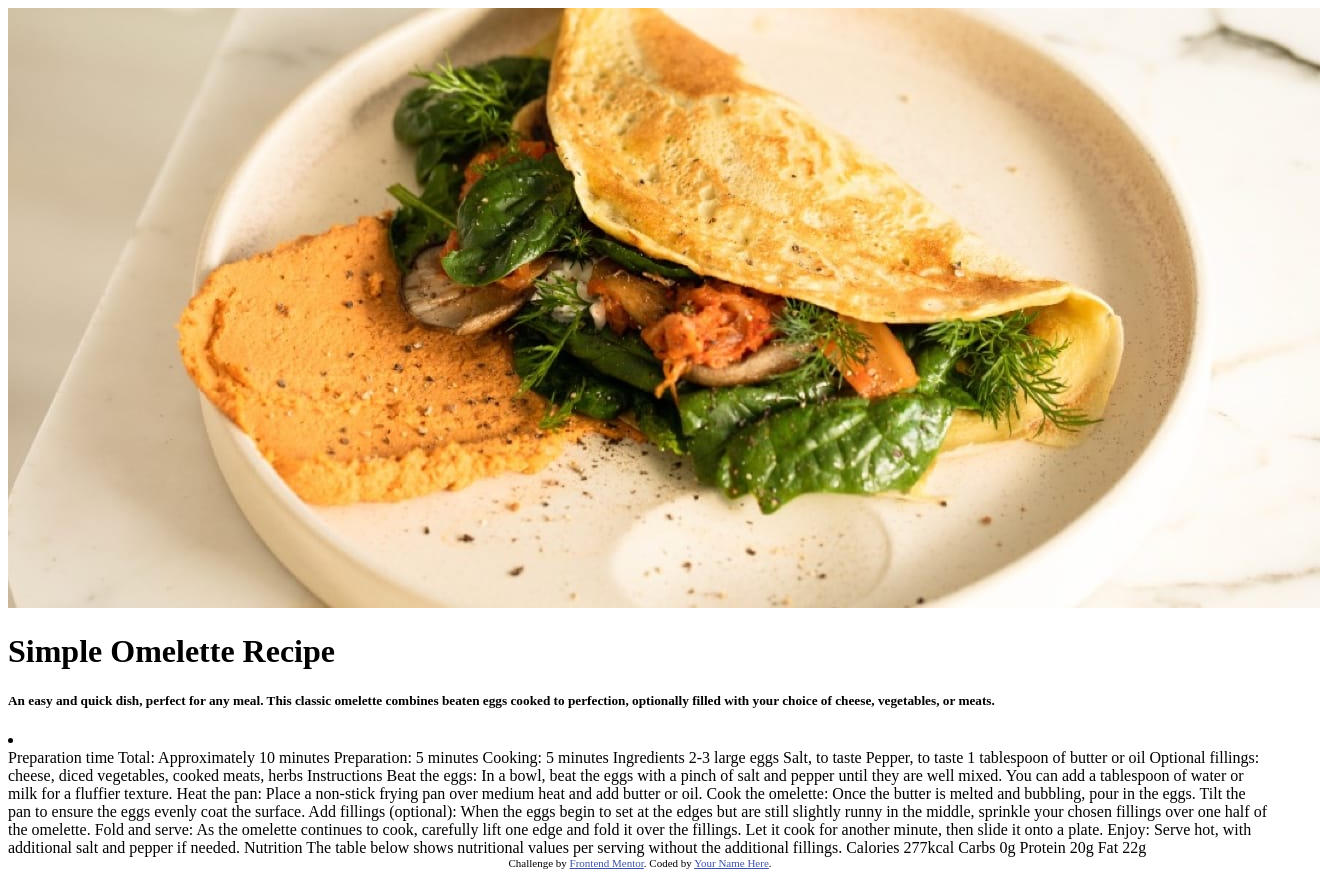
Repository: sodmaq/recipe-page-
Page: index.html
The author's editor kept a copy of each file at every save. The page is drawn from the files as they stood at one save, then again after the next save.
The browser window is 1280 px wide. The page is 1320 px wide, so the pictures cover 1320 px, including what lies to the right of the window. The pictures show the whole page.

Above is the page before, as saved 2024-09-07 12:17:44.

### index.html
<!DOCTYPE html>
<html lang="en">
  <head>
    <meta charset="UTF-8" />
    <meta name="viewport" content="width=device-width, initial-scale=1.0" />
    <!-- displays site properly based on user's device -->

    <link
      rel="icon"
      type="image/png"
      sizes="32x32"
      href="./assets/images/favicon-32x32.png"
    />

    <title>Frontend Mentor | Recipe page</title>

    <!-- Feel free to remove these styles or customise in your own stylesheet 👍 -->
    <style>
      .attribution {
        font-size: 11px;
        text-align: center;
      }
      .attribution a {
        color: hsl(228, 45%, 44%);
      }
    </style>
  </head>
  <body>
    <img src="/assets/images/image-omelette.jpeg" alt="" />
    <h1>Simple Omelette Recipe</h1>
    <h5>
      An easy and quick dish, perfect for any meal. This classic omelette
      combines beaten eggs cooked to perfection, optionally filled with your
      choice of cheese, vegetables, or meats.
    </h5>
    <li></li>

    Preparation time Total: Approximately 10 minutes Preparation: 5 minutes
    Cooking: 5 minutes Ingredients 2-3 large eggs Salt, to taste Pepper, to
    taste 1 tablespoon of butter or oil Optional fillings: cheese, diced
    vegetables, cooked meats, herbs Instructions Beat the eggs: In a bowl, beat
    the eggs with a pinch of salt and pepper until they are well mixed. You can
    add a tablespoon of water or milk for a fluffier texture. Heat the pan:
    Place a non-stick frying pan over medium heat and add butter or oil. Cook
    the omelette: Once the butter is melted and bubbling, pour in the eggs. Tilt
    the pan to ensure the eggs evenly coat the surface. Add fillings (optional):
    When the eggs begin to set at the edges but are still slightly runny in the
    middle, sprinkle your chosen fillings over one half of the omelette. Fold
    and serve: As the omelette continues to cook, carefully lift one edge and
    fold it over the fillings. Let it cook for another minute, then slide it
    onto a plate. Enjoy: Serve hot, with additional salt and pepper if needed.
    Nutrition The table below shows nutritional values per serving without the
    additional fillings. Calories 277kcal Carbs 0g Protein 20g Fat 22g

    <div class="attribution">
      Challenge by
      <a href="https://www.frontendmentor.io?ref=challenge" target="_blank"
        >Frontend Mentor</a
      >. Coded by <a href="#">Your Name Here</a>.
    </div>
  </body>
</html>

After the next save:
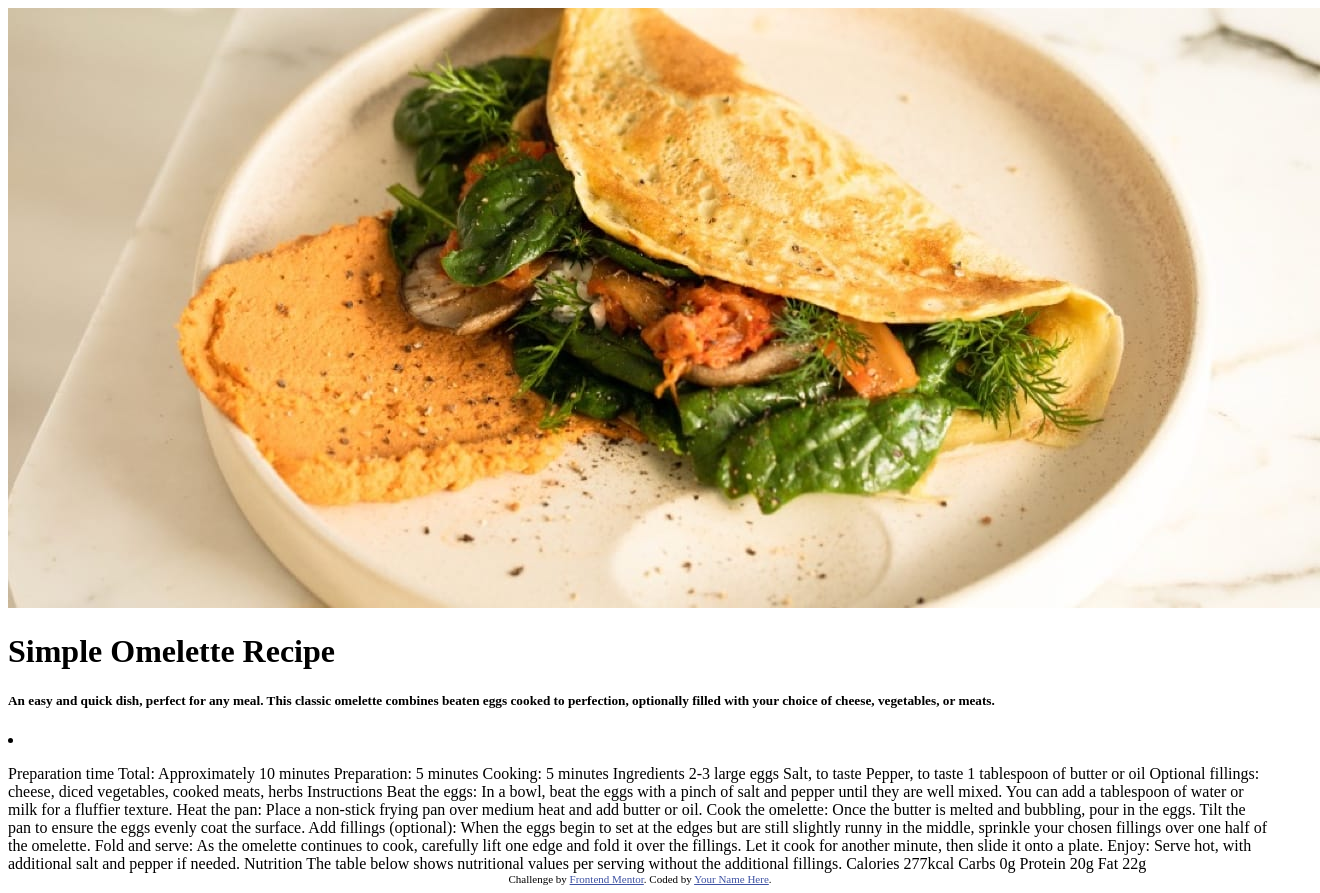
Saved 9 s later.
--- a/index.html
+++ b/index.html
@@ -33,7 +33,9 @@
       combines beaten eggs cooked to perfection, optionally filled with your
       choice of cheese, vegetables, or meats.
     </h5>
-    <li></li>
+    <li>
+      <ul></ul>
+    </li>
 
     Preparation time Total: Approximately 10 minutes Preparation: 5 minutes
     Cooking: 5 minutes Ingredients 2-3 large eggs Salt, to taste Pepper, to
